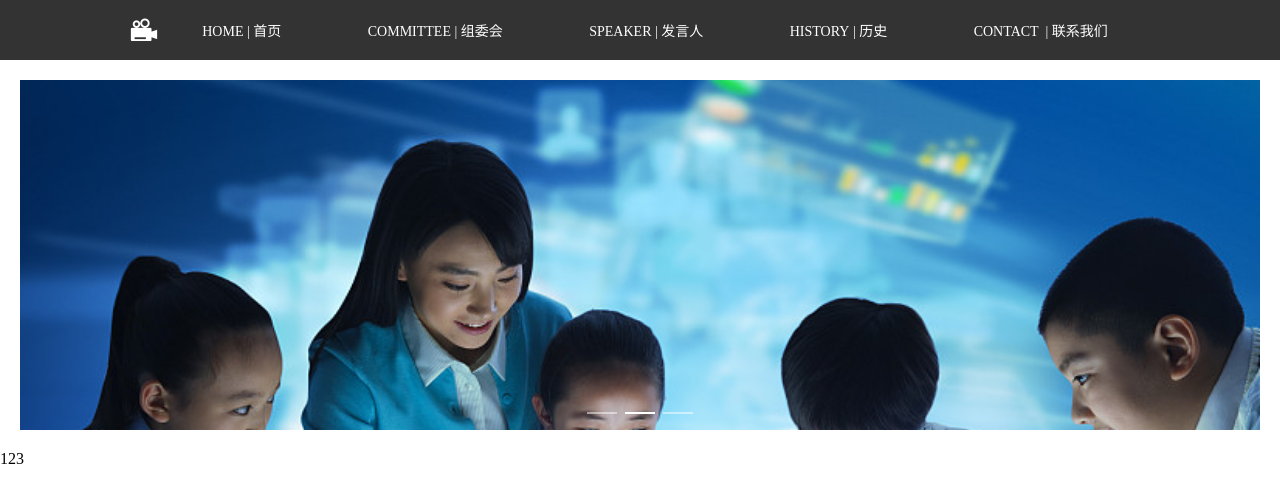
Repository: sunfeinb/huiyi
Page: /
The author's editor kept a copy of each file at every save. The page is drawn from the files as they stood at one save, then again after the next save.
The browser window is 1280 px wide. The pictures show the whole page.
The project was rebuilt for these pictures with package versions that can differ from the ones it lists, and the page was loaded fresh each time.

Above is the page before, as saved 2021-11-02 16:57:37.

After the next save:
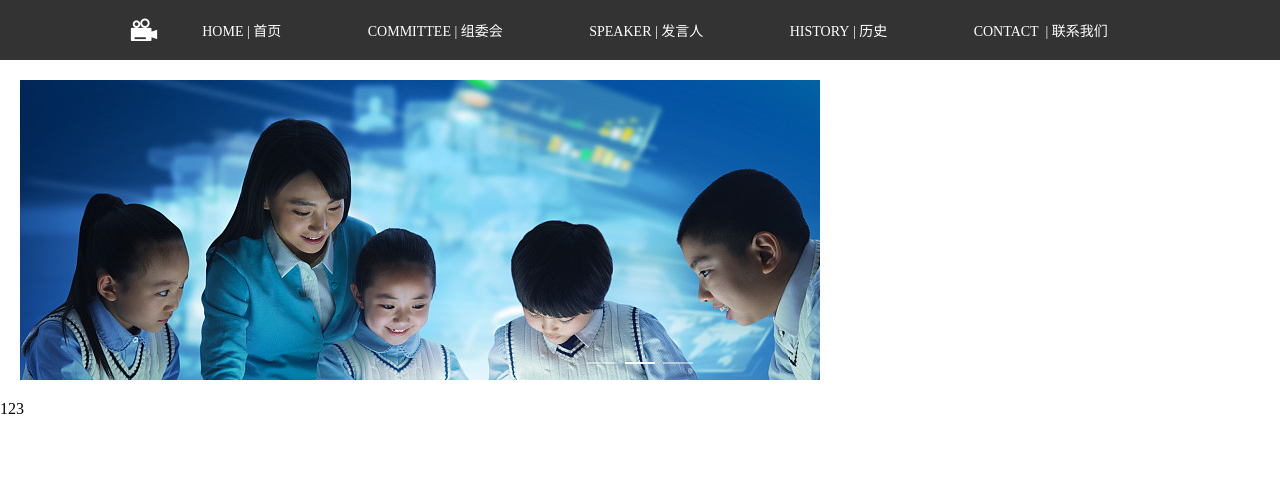
Saved 33 s later.
--- a/src/views/Home.vue
+++ b/src/views/Home.vue
@@ -19,9 +19,9 @@
       <el-main>
         <!-- 轮播图 -->
         <div>
-          <el-carousel height="350px">
+          <el-carousel style="width:100% height:350px">
             <el-carousel-item v-for="item in data" :key="item">
-              <img :src="item.name" style="width:100%"/>
+              <img :src="item.name" />
             </el-carousel-item>
           </el-carousel>
         </div>
